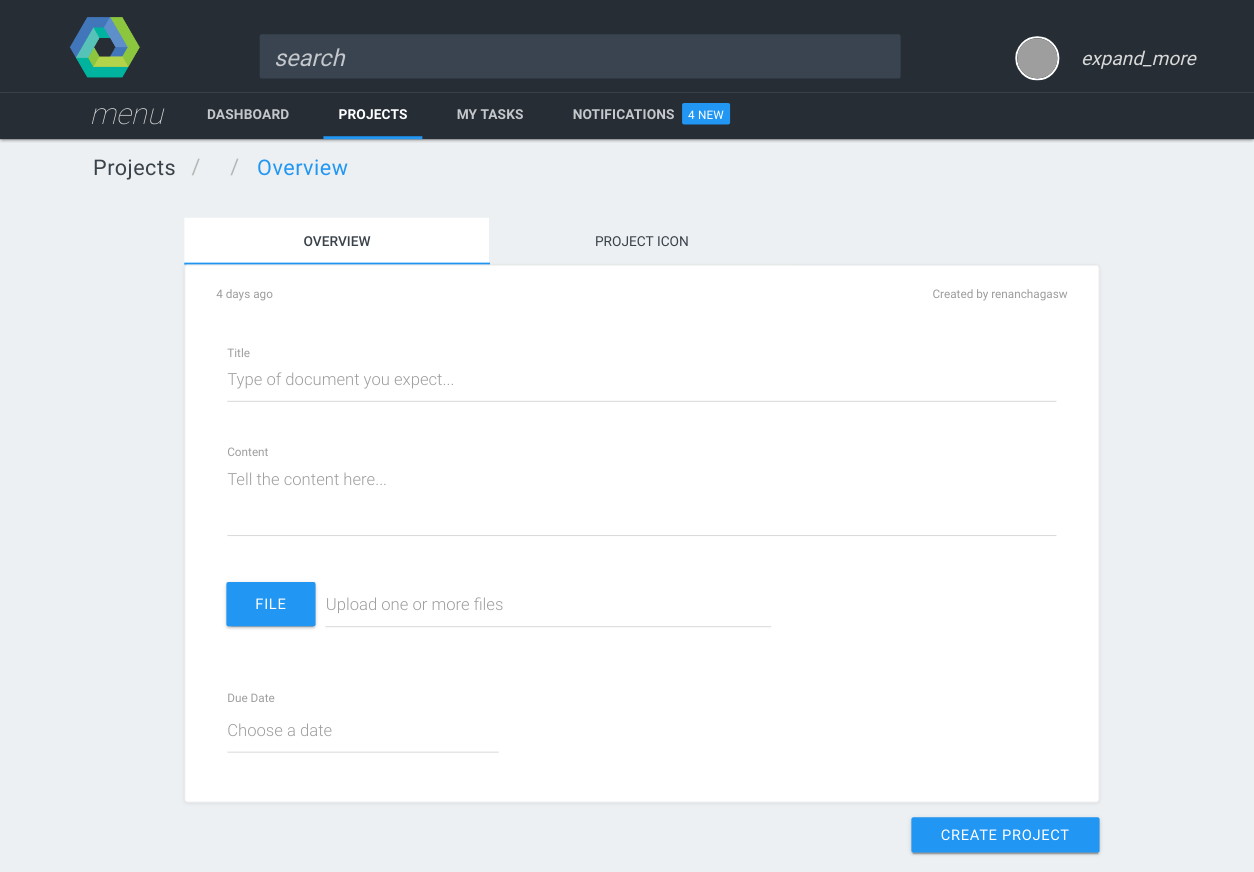
Repository: RenanChagas/ProjectManagement
Page: http://localhost/finalproject/WEB-INF/views/projectDetail.jsp
An editor plug-in stored every save of this project. The page is shown before and after the next save, followed by the edit.
The browser window is 1280 px wide. The pictures show the whole page, at 98% of full size.
Pictures or frames that could not be fetched are drawn as grey boxes. The page is served by Tomcat 9. Nobody is signed in. Other server files are loaded and not shown. The template is opened directly, without the code that normally fills it, so the values that code supplies are empty.

Above is the page before, as saved 2017-09-11 01:33:40.

### finalproject/src/main/webapp/WEB-INF/views/projectDetail.jsp
<%@ page language="java" contentType="text/html; charset=ISO-8859-1" pageEncoding="ISO-8859-1"%>
<%@ taglib prefix="c" uri="http://java.sun.com/jsp/jstl/core"%>
<%@ taglib prefix="form" uri="http://www.springframework.org/tags/form"%>
<%@ taglib prefix="t" uri="http://www.springframework.org/tags"%>
<%@ taglib prefix="fmt" uri="http://java.sun.com/jsp/jstl/fmt" %>

<!DOCTYPE html>
<html lang="en">
<head>
  <meta http-equiv="Content-Type" content="text/html; charset=UTF-8"/>
  <meta name="viewport" content="width=device-width, initial-scale=1, maximum-scale=1.0"/>
  <title>Project Management</title>

  <!-- CSS  -->
  <link href="https://fonts.googleapis.com/icon?family=Material+Icons" rel="stylesheet">
  <link type="text/css" rel="stylesheet" media="screen,projection" href="<c:url value='/static/css/materialize.css' />"/>
  <link type="text/css" rel="stylesheet" media="screen,projection" href="<c:url value='/static/css/custom-css.css' />"/>

  <!--  Scripts-->
  <script src="<c:url value="/static/js/jquery-2.1.1.min.js" />"></script>
  <script src="<c:url value="/static/js/materialize.js" />"></script>
  <script src="<c:url value="/static/js/menu.js" />"></script>

  <!-- Website Logo -->
  <link rel="icon" href="<c:url value="/static/images/default/logo.png"/>">

  <script type="text/javascript">
    $(document).ready(function() {

      $('.datepicker').pickadate({
        selectMonths: true, // Creates a dropdown to control month
        selectYears: 15, // Creates a dropdown of 15 years to control year,
        today: 'Today',
        clear: 'Clear',
        close: 'Ok',
        format: 'dd/mm/yyyy',
        closeOnSelect: false // Close upon selecting a date,
      });

      $('#textareaOverview').trigger('autoresize');

    });
  </script>

</head>
<body>

	<!-- NAV TOP  -->
	<nav id="logo_nav" class="MDC-navbar-style MDC-shadow-0 hide-on-small-and-down">
    	<div class="nav-wrapper MDC-nav-margin">
    		<!--  NAV CONTAINER -->
      		<div class="row MDC-nav-top-container ">

        	<!-- Logo -->
        	<div class="col s12 m3 l2">
          		<div class="MDC-nav-logo-position">
          			<img src="<c:url value="/static/images/default/logo.png"/>" class="MDC-nav-logo-size"/>
          		</div>
        	</div>

        	<!-- Search -->
        	<div class="col s12 m7 l7">
          		<div class="MDC-nav-search-position">
            	<form>
              		<div class="input-field">
                		<input id="search" type="search" class="MDC-nav-search-focus" required>
                		<label class="label-icon" for="search"><i class="material-icons MDC-nav-search-focus">search</i></label>
                  		<i class="material-icons MDC-nav-search-focus">close</i>
              		</div>
            	</form>
          		</div>
        	</div>

        	<!-- Avatar -->
        	<div class="col s12 m2 l3">
          		<div class="MDC-nav-account-position">
	            	<!-- Dropdown Trigger -->
	            	<a class="dropdown-button " data-beloworigin="true"
	               		href='#' data-activates='account-dropdown'>
	               		<div class="MDC-nav-account-option-position hide-on-med-and-down">
	                		 <i class="material-icons MDC-icon-small MDC-color-grey-light">expand_more</i>
	               		</div>
	               		<span class="MDC-login-text MDC-nav-account-text-position
	               					MDC-color-grey-light hide-on-med-and-down">
	                 	${user.username}
	               		</span>
	               		<img src="<c:url value="/static/images/avatar/${user.username}/${user.username}.png"/>"
	               				class="MDC-avatar-circle-small mdc-nav-avatar-position"/>
	            	</a>
	            	<!-- Dropdown Structure -->
	            	<ul id='account-dropdown' class='dropdown-content MDC-nav-account-dropdown-position'>
	              		<li><a id="profile" class="modal-trigger MDC-color-grey-dark-2 MDC-font-15" href="profile">Profile</a></li>
	              		<li><a class="MDC-color-grey-dark-2 MDC-font-15" href="#!">Report a Problem</a></li>
	              		<li class="divider"></li>
	              		<li><a class="MDC-color-grey-dark-2 MDC-font-15" href="logout">Logout</a></li>
	            	</ul>
          		</div>
        	</div>

			</div>
			<!--  NAV CONTAINER - END-->
		</div>
	</nav>
	<!-- NAV TOP - END -->

  <!-- NAV MENU  -->
  <div class="MDC-menu-fullWidth">
    <div class="MDC-shadow-bottom">
      <header class="MDC-shadow-bottom">
        <nav id="menu_nav" class="MDC-navbar-menu-size MDC-navbar-style MDC-shadow-0 MDC-nav-margin">
          <div class="nav-wrapper MDC-nav-margin MDC-left">
            <!-- MENU ROW -->
            <div class="row">
              <div class="col">
                <div class="MDC-nav-menu-container">

                  <ul id="nav-mobile" class="MDC-nav-menu-ul left left-align">
                    <a href="#" id="mobile-icon" onclick="openNav()" class="left MDC-padding-mobile-0
                    MDC-hover-none">
                      <i class="material-icons MDC-nav-tabs-icon MDC-color-grey-light">
                        menu
                      </i>
                    </a>
                    <li class="MDC-navbar-menu"><a href="dashboard">Dashboard</a></li>
                    <li class="MDC-navbar-menu"><a class="active MDC-navbar-active" href="projects">Projects</a></li>
                    <li class="MDC-navbar-menu"><a href="#!">My Tasks</a></li>
                    <li class="MDC-navbar-menu"><a  href="#!">Notifications
                      <span class="new badge MDC-notification-badge-style" data-badge-caption="">
                        <font class="MDC-font-weight-400">4 NEW</font>
                      </span>
                      </a>
                    </li>
                  </ul>
                  <div id="mySidenav" class="MDC-sidenav">
                    <a href="javascript:void(0)" class="MDC-closebtn" onclick="closeNav()">x</a>
                    <a href="#">About</a>
                    <a href="#">Services</a>
                    <a href="#">Clients</a>
                    <a href="#">Contact</a>
                  </div>

                </div>
              </div>
            </div>
            <!-- MENU ROW - END -->
          </div>
        </nav>
      </header>
    </div>
  </div>
  <!-- NAV MENU - END -->

<!-- TITLE PAGE -->
<div class="row  MDC-page-center MDC-page-container">
  <div class="col MDC-padding-0 left">
    <div class="MDC-page-title-size">
      <font class="MDC-h5-style MDC-color-grey-dark-2 MDC-display-inline">Projects</font>
      <font class="MDC-h5-style MDC-color-grey-light-2 MDC-display-inline MDC-relative
                   MDC-news-counterBar-position">/
      </font>
      <font class="MDC-h5-style MDC-color-grey-dark-2 MDC-display-inline">${project.projectName}</font>
      <font class="MDC-h5-style MDC-color-grey-light-2 MDC-display-inline MDC-relative
                   MDC-news-counterBar-position">/
      </font>
      <font class="MDC-h5-style MDC-color-blue MDC-display-inline">Overview</font>
    </div>
  </div>
</div>
<!-- TITLE PAGE-END-->

<!-- CONTAINER-->
<form:form id="projectCreate-form" method="POST" modelAttribute="project" class="form-horizontal">
<div class="MDC-page-center MDC-page-container MDC-margin-top40">
	<div class="row MDC-float-none">
     	<!-- CONTEUDO -->
        <div class="col l10 MDC-padding-0 MDC-page-center MDC-float-none">
        <!-- TABS -->
        	<ul id="tabs-swipe" class="tabs MDC-tabs-style MDC-background-color">
            	<li class="tab col s4 MDC-background-color-white MDC-display-flex">
                	<a class="active MDC-color-grey-dark-2 breadcrumb" href="#overview-tab">Overview</a>
                </li>
                <li class="tab col s4 MDC-background-color MDC-display-flex">
                    <a class="MDC-color-grey-dark-2 breadcrumb" href="#chooseIcon-tab">Project Icon</a>
                </li>
			</ul>
            <!-- TABS-END -->
            <!-- OVERVIEW TAB -->
           	<div id="overview-tab">
            	<!-- CARD TAB -->
              	<div class="col s12 MDC-card">
                	<div class="MDC-card-news-container">

                		<!-- User Information -->
                        <div class="row MDC-margin-bottom2">
                        	<div class="MDC-card-news-user-row">
                        		<div class="right MDC-font-12 MDC-color-grey MDC-margin-top10">Created by renanchagasw</div>
                            	<div class="left MDC-font-12 MDC-color-grey MDC-margin-top10">4 days ago</div>
                            </div>
                       	</div>


                		<!-- Title -->
                        <div class="row MDC-margin-top40">
                           	<div class="input-field col s12">
                            	<form:input id="input_text" placeholder="Type of document you expect..." type="text"
                                	path="projectName" data-length="20" class="MDC-border-grey-light MDC-font-17 MDC-color-grey-dark-2
                                   										MDC-font-weight-300"/>
                                <label for="input_text">Title</label>
                           </div>
                        </div>
                        <!-- Title-END-->
                        <!-- Description -->
                        <div class="row">
                        	<div class="input-field col s12">
                             	<form:textarea id="textareaOverview" placeholder="Tell the content here..."
                                	path="projectDesc"	class="materialize-textarea MDC-border-grey-light MDC-font-17 MDC-color-black
                                						MDC-font-weight-300"/>
                         		<label for="textareaOverview">Content</label>
                            </div>
                        </div>
                        <!-- Description-END-->
                        <!-- File Upload -->
                        <div class="file-field input-field MDC-margin-bottom40 MDC-margin-left10">
                        	<div class="btn waves-light blue MDC-form-text">
                            	<span>File</span>
                                <input type="file" multiple>
                            </div>
                            <div class="file-path-wrapper">
	                            <input class="file-path validate MDC-border-grey-light MDC-font-17 MDC-color-grey-dark-2
	                            	MDC-font-weight-300 MDC-maxSize-60perc"
	                            	type="text" placeholder="Upload one or more files">
                           	</div>
                    	</div>
                    	<!-- File Upload-END-->
                    	<!-- Due date -->
                        <div class="row MDC-margin-bottom30">
	                        <div class="col MDC-maxSize-300">
	                        	<label for="datepicker1">Due Date</label>
	                        		<form:input id="datepicker1" type="date" path="dueDate"
                                		placeholder="Choose a date" class="datepicker MDC-border-grey-light
                                		MDC-font-17 MDC-color-grey-dark-2 MDC-font-weight-300" />
	                        </div>
                        </div>
                        <!-- Due date-END-->
                	</div>
                </div>
                <!-- CARD TAB-END-->
			</div>
            <!-- OVERVIEW TAB-END -->

            <!-- CHOOSE ICON TAB -->
            <div id="chooseIcon-tab">
            	<!-- CARD TAB -->
                <div class="col s12 MDC-card">
                	<!-- CONTAINER -->
                	<div class="MDC-card-news-container MDC-margin-top40">
                    	<!-- CENTER ALIGN -->
                        <div class="MDC-center">
                        	<!-- ORANGE -->
                            <div class="row">
                            	<!-- IMAGE 1 -->
                                <div class="col MDC-margin-bottom30 MDC-margin-right20 MDC-margin-left20">
                                	<!-- Image -->
                                    <div class="center MDC-margin-top20">
                                    	<img src="<c:url value="/static/images/default/projects/web.png"/>"
                                 			class="MDC-avatar-circle-large MDC-shadow-default"/>
                    				</div>
                                    <div class="center MDC-margin-top20 MDC-projectIcon-radio-position">
                                    	<form:radiobutton path="icon" value="web" label="" class="with-gap" checked="checked"
                                    		name="projectIcon"/>
                                   	</div>
                           		</div>
                               	<!-- IMAGE 1-END-->
                               	<!-- IMAGE 2 -->
                                <div class="col MDC-margin-bottom30 MDC-margin-right20 MDC-margin-left20">
                                	<!-- Image -->
                                    <div class="center MDC-margin-top20">
                                    	<img src="<c:url value="/static/images/default/projects/presentation.png"/>"
                                        	class="MDC-avatar-circle-large MDC-shadow-default"/>
                                    </div>
                                    <div class="center MDC-margin-top20 MDC-projectIcon-radio-position">
                                    	<form:radiobutton path="icon" value="presentation" label="" class="with-gap" name="projectIcon"/>
                                    </div>
                           		</div>
                                <!-- IMAGE 2-END-->
                                <!-- IMAGE 3 -->
                                <div class="col MDC-margin-bottom30 MDC-margin-right20 MDC-margin-left20">
                                	<!-- Image -->
                                    <div class="center MDC-margin-top20">
                                    	<img src="<c:url value="/static/images/default/projects/monitor.png"/>"
                                        	class="MDC-avatar-circle-large MDC-shadow-default"/>
                                    </div>
                                    <div class="center MDC-margin-top20 MDC-projectIcon-radio-position">
                                    	<form:radiobutton path="icon" value="monitor" label="" class="with-gap" name="projectIcon"/>
                                    </div>
                           		</div>
                                <!-- IMAGE 3-END-->
                      		</div>
                      		<!-- ORANGE-END-->
                        </div>
                        <!-- CENTER ALIGN-END -->
                        <!-- CENTER ALIGN -->
                        <div class="MDC-center">
                        	<!-- BLUE -->
                            <div class="row">
                            	<!-- IMAGE 1 -->
                                <div class="col MDC-margin-bottom30 MDC-margin-right20 MDC-margin-left20">
                                	<!-- Image -->
                                    <div class="center MDC-margin-top20">
                                    	<img src="<c:url value="/static/images/default/projects/diagram.png"/>"
                                 			class="MDC-avatar-circle-large MDC-shadow-default"/>
                    				</div>
                                    <div class="center MDC-margin-top20 MDC-projectIcon-radio-position">
                                    	<form:radiobutton path="icon" value="diagram" label="" class="with-gap" name="projectIcon"/>
                                   	</div>
                           		</div>
                               	<!-- IMAGE 1-END-->
                               	<!-- IMAGE 2 -->
                                <div class="col MDC-margin-bottom30 MDC-margin-right20 MDC-margin-left20">
                                	<!-- Image -->
                                    <div class="center MDC-margin-top20">
                                    	<img src="<c:url value="/static/images/default/projects/checklist.png"/>"
                                        	class="MDC-avatar-circle-large MDC-shadow-default"/>
                                    </div>
                                    <div class="center MDC-margin-top20 MDC-projectIcon-radio-position">
                                    	<form:radiobutton path="icon" value="checklist" label="" class="with-gap" name="projectIcon"/>
                                    </div>
                           		</div>
                                <!-- IMAGE 2-END-->
                                <!-- IMAGE 3 -->
                                <div class="col MDC-margin-bottom30 MDC-margin-right20 MDC-margin-left20">
                                	<!-- Image -->
                                    <div class="center MDC-margin-top20">
                                    	<img src="<c:url value="/static/images/default/projects/checklist-2.png"/>"
                                        	class="MDC-avatar-circle-large MDC-shadow-default"/>
                                    </div>
                                    <div class="center MDC-margin-top20 MDC-projectIcon-radio-position">
                                    	<form:radiobutton path="icon" value="checklist-2" label="" class="with-gap" name="projectIcon"/>
                                    </div>
                           		</div>
                                <!-- IMAGE 3-END-->
                      		</div>
                      		<!-- BLUE-END-->
                        </div>
                        <!-- CENTER ALIGN-END -->
                        <!-- CENTER ALIGN -->
                        <div class="MDC-center">
                        	<!-- GREEN -->
                            <div class="row">
                            	<!-- IMAGE 1 -->
                                <div class="col MDC-margin-bottom30 MDC-margin-right20 MDC-margin-left20">
                                	<!-- Image -->
                                    <div class="center MDC-margin-top20">
                                    	<img src="<c:url value="/static/images/default/projects/document.png"/>"
                                 			class="MDC-avatar-circle-large MDC-shadow-default"/>
                    				</div>
                                    <div class="center MDC-margin-top20 MDC-projectIcon-radio-position">
                                    	<form:radiobutton path="icon" value="document" label="" class="with-gap" name="projectIcon"/>
                                   	</div>
                           		</div>
                               	<!-- IMAGE 1-END-->
                               	<!-- IMAGE 2 -->
                                <div class="col MDC-margin-bottom30 MDC-margin-right20 MDC-margin-left20">
                                	<!-- Image -->
                                    <div class="center MDC-margin-top20">
                                    	<img src="<c:url value="/static/images/default/projects/browser.png"/>"
                                        	class="MDC-avatar-circle-large MDC-shadow-default"/>
                                    </div>
                                    <div class="center MDC-margin-top20 MDC-projectIcon-radio-position">
                                    	<form:radiobutton path="icon" value="browser" label="" class="with-gap" name="projectIcon"/>
                                    </div>
                           		</div>
                                <!-- IMAGE 2-END-->
                                <!-- IMAGE 3 -->
                                <div class="col MDC-margin-bottom30 MDC-margin-right20 MDC-margin-left20">
                                	<!-- Image -->
                                    <div class="center MDC-margin-top20">
                                    	<img src="<c:url value="/static/images/default/projects/computer.png"/>"
                                        	class="MDC-avatar-circle-large MDC-shadow-default"/>
                                    </div>
                                    <div class="center MDC-margin-top20 MDC-projectIcon-radio-position">
                                    	<form:radiobutton path="icon" value="computer" label="" class="with-gap" name="projectIcon"/>
                                    </div>
                           		</div>
                                <!-- IMAGE 3-END-->
                      		</div>
                      		<!-- GREEN-END-->
                        </div>
                        <!-- CENTER ALIGN-END -->
					</div>
					<!-- CONTAINER-END -->
				</div>
				<!-- CARD TAB-END-->
			</div>
			<button id="salvar" type="submit" class="btn waves-effect waves-light
	        blue MDC-form-text right" name="action">
	        Create Project
	        </button>
            <!-- CHOOSE ICON TAB-END-->
        </div>
        <!-- CONTEUDO -->
	</div>
</div>
</form:form>

</body>
</html>

Loaded but not shown: finalproject/src/main/webapp/static/css/materialize.css (library); finalproject/src/main/webapp/static/js/jquery-2.1.1.min.js (library); finalproject/src/main/webapp/static/js/materialize.js (library); finalproject/src/main/webapp/static/js/menu.js (49 lines, source omitted); finalproject/src/main/webapp/static/css/custom-css.css (1593 lines, source omitted)

After the next save:
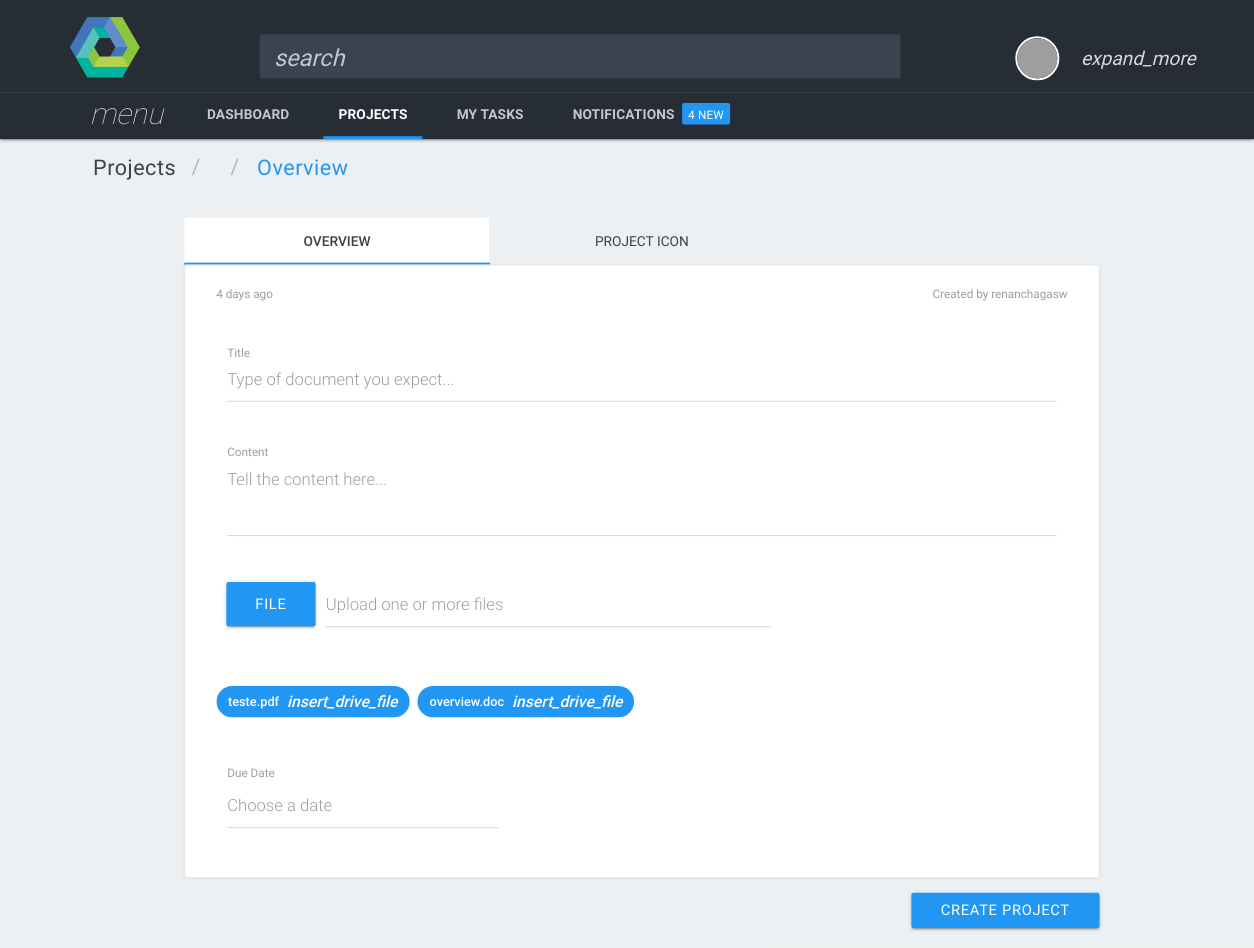
Saved 2 min 28 s later.
--- a/finalproject/src/main/webapp/WEB-INF/views/projectDetail.jsp
+++ b/finalproject/src/main/webapp/WEB-INF/views/projectDetail.jsp
@@ -232,6 +232,22 @@
                            	</div>
                     	</div>
                     	<!-- File Upload-END-->
+                    	<!-- Links -->
+                        <div class="row MDC-margin-bottom40">
+                        	<a href="#">
+                            	<div class="chip MDC-background-blue MDC-white-text">
+                                	teste.pdf
+                                    <i class="close material-icons">insert_drive_file</i>
+                             	</div>
+                       		</a>
+                            <a href="#">
+                            	<div class="chip MDC-background-blue MDC-white-text">
+                            		overview.doc
+                                	<i class="close material-icons">insert_drive_file</i>
+                       			</div>
+                            </a>
+                                </div>
+                                <!-- Links-END-->
                     	<!-- Due date -->
                         <div class="row MDC-margin-bottom30">
 	                        <div class="col MDC-maxSize-300">
